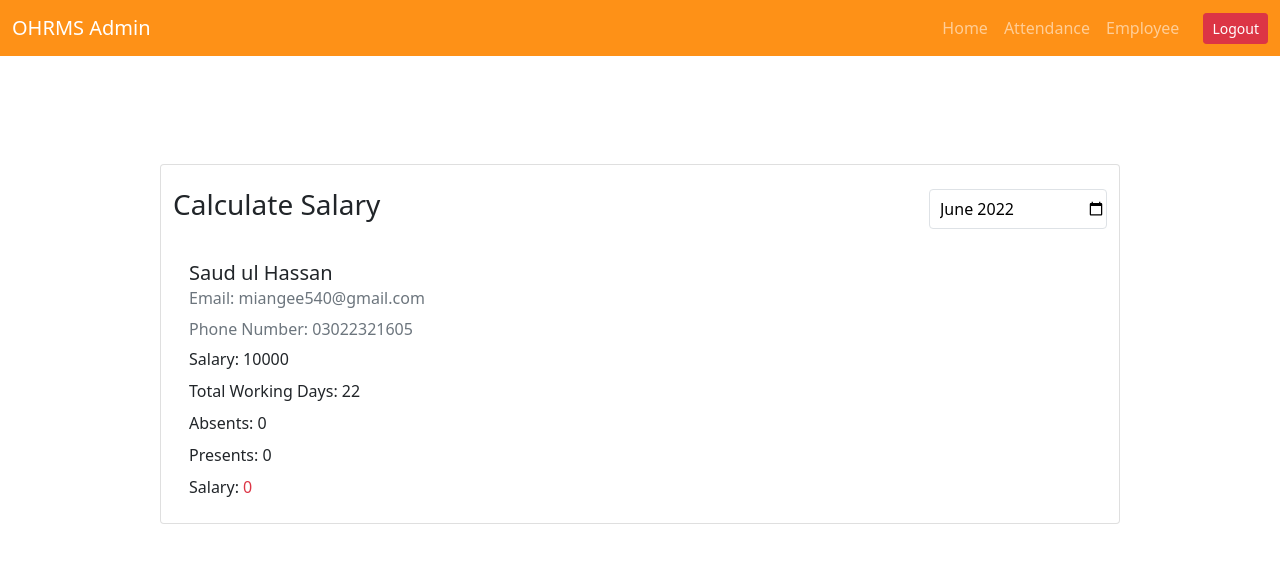
Repository: SaudCh/PHP-OHRMS
Page: http://localhost/admin/edit-salary?id=49
The author's editor kept a copy of each file at every save. The page is drawn from the files as they stood at one save, then again after the next save.
The browser window is 1280 px wide. The pictures show the whole page.
Some web libraries are served in a nearby version. The page is run by PHP 8.4 with error messages shown; the project is at /var/www/html/. The session is filled in as if someone had signed in: {"admin": "admin@ohrm.com"}. Other server files are loaded and not shown. The database holds what the project's SQL file puts in it. Queries for data that is not in the repository find no rows.

Above is the page before, as saved 2022-06-06 00:50:06.

### admin/edit-salary.php
<!DOCTYPE html>
<html lang="en">

<head>
    <meta charset="UTF-8">
    <meta http-equiv="X-UA-Compatible" content="IE=edge">
    <meta name="viewport" content="width=device-width, initial-scale=1.0">
    <?php require "../assets/includes/link.includes.php" ?>
    <script src="https://ajax.googleapis.com/ajax/libs/jquery/3.6.0/jquery.min.js"></script>


    <title>OHRMS</title>
</head>

<body>
    <?php require "./assets/Components/header.php" ?>
    <div class="container-fluid">
        <div class="row align-items-center justify-content-center" style="min-height: 80vh;">

            <div class="card col-11 col-md-9">
                <div class="d-flex align-items-center justify-content-between mt-2">

                    <h3>Calculate Salary</h3>
                    <div>
                        <input class="border rounded my-3" style="height:40px;padding-left:10px;" value="<?= Date("Y-m") ?>" type="month" name="date" id="attendance-date">

                    </div>

                </div>
                <?php
                $salary = 0;
                $id = $_GET['id'];
                $sql = "select * from employee where empId = '$id'";
                $results = mysqli_query($con, $sql);
                $rescheck = mysqli_num_rows($results);
                if ($rescheck > 0) {
                    while ($row = mysqli_fetch_assoc($results)) {
                        $salary = $row['salary'];
                ?>
                        <div class="card-body">
                            <h5 class="card-title"><?= $row["name"] ?></h5>
                            <h6 class="card-subtitle mb-3 text-muted">Email: <?= $row['emailAddress'] ?></h6>
                            <h6 class="card-subtitle mb-2 text-muted">Phone Number: <?= $row['phoneNumber'] ?></h6>
                            <p class="card-text p-0 m-0 mb-2">Salary: <?= $row['salary'] ?></p>


                    <?php }
                } ?>
                    <div id="attendance-data">
                        <?php
                        $absent = 0;
                        $present = 0;

                        $date = date('Y-m');

                        $time = strtotime($date);
                        $month = date("n", $time);
                        $year = date("Y", $time);

                        $type = CAL_GREGORIAN;
                        $day_count = cal_days_in_month($type, (int)$month, $year);

                        $workdays = 0;
                        for ($i = 1; $i <= $day_count; $i++) {

                            $date = $year . '/' . $month . '/' . $i;
                            $get_name = date('l', strtotime($date));
                            $day_name = substr($get_name, 0, 3);

                            if ($day_name != 'Sun' && $day_name != 'Sat') {
                                $workdays++;
                            }
                        }

                        $id = $_GET['id'];
                        $sql = "select * from attendance where empId = '$id' and date like '$date%'";
                        $results = mysqli_query($con, $sql);
                        $rescheck = mysqli_num_rows($results);
                        if ($rescheck > 0) {
                            while ($row = mysqli_fetch_assoc($results)) {
                                if ($row['status'] == 'Present') {
                                    $present++;
                                } else {
                                    $absent++;
                                }
                            }
                        }
                        ?>
                        <p class="card-text p-0 m-0 mb-2">Total Working Days: <?= $workdays ?></p>
                        <p class="card-text p-0 m-0 mb-2">Absents: <?= $absent ?></p>
                        <p class="card-text p-0 m-0 mb-2">Presents: <?= $present ?></p>

                        <?php
                        if ($present < $workdays - 3) {
                            $ratio = (int)$salary / $workdays;
                            echo '<p class="card-text p-0 m-0 mb-2">Salary: <span class="text-danger">' . round($present * $ratio) . '</span></p>';
                        } else {
                            echo '<p class="card-text p-0 m-0 mb-2">Salary: <span class="text-success">' . $salary  . '</span></p>';
                        }
                        ?>


                    </div>

                        </div>

            </div>
        </div>
    </div>
    <script>
        $(document).ready(function() {
            $("#attendance-date").change(function() {
                var search = $(this).val();
                var id = <?= $id ?>;
                var salary = <?= $salary ?>;
                $.ajax({
                    url: 'salary-attendance.php',
                    method: 'post',
                    data: {
                        query: search,
                        id: id,
                        salary: salary
                    },
                    success: function(response) {
                        $("#attendance-data").html(response);
                    }
                });
            });
        });
    </script>
</body>

</html>

### assets/includes/link.includes.php
<link href="https://cdn.jsdelivr.net/npm/bootstrap@5.0.2/dist/css/bootstrap.min.css" rel="stylesheet" integrity="sha384-EVSTQN3/azprG1Anm3QDgpJLIm9Nao0Yz1ztcQTwFspd3yD65VohhpuuCOmLASjC" crossorigin="anonymous">
<script src="https://cdn.jsdelivr.net/npm/bootstrap@5.0.2/dist/js/bootstrap.bundle.min.js" integrity="sha384-MrcW6ZMFYlzcLA8Nl+NtUVF0sA7MsXsP1UyJoMp4YLEuNSfAP+JcXn/tWtIaxVXM" crossorigin="anonymous"></script>
<script src="https://cdn.jsdelivr.net/npm/@popperjs/core@2.9.2/dist/umd/popper.min.js" integrity="sha384-IQsoLXl5PILFhosVNubq5LC7Qb9DXgDA9i+tQ8Zj3iwWAwPtgFTxbJ8NT4GN1R8p" crossorigin="anonymous"></script>
<script src="https://cdn.jsdelivr.net/npm/bootstrap@5.0.2/dist/js/bootstrap.min.js" integrity="sha384-cVKIPhGWiC2Al4u+LWgxfKTRIcfu0JTxR+EQDz/bgldoEyl4H0zUF0QKbrJ0EcQF" crossorigin="anonymous"></script>

<script src="https://kit.fontawesome.com/5d60ba127b.js" crossorigin="anonymous"></script>

<link rel="stylesheet" href="./assets/css/style.css" type="text/css">
<link rel="stylesheet" href="./assets/css/footer.css" type="text/css">
<style>
    .link {
        text-decoration: none;
    }
</style>

### admin/assets/Components/header.php
<?php
session_start();
$email = '';

include '../assets/config/dbconfig.php';

if (isset($_SESSION['admin'])) {
    $email = $_SESSION['admin'];
} else {
    header("location: login");
}
?>
<nav class="navbar navbar-expand-lg navbar-dark" style="background-color: #fe9117;">
    <div class="container-fluid">
        <a class="navbar-brand" href="index">OHRMS Admin</a>
        <button class="navbar-toggler" type="button" data-bs-toggle="collapse" data-bs-target="#navbarSupportedContent" aria-controls="navbarSupportedContent" aria-expanded="false" aria-label="Toggle navigation">
            <span class="navbar-toggler-icon"></span>
        </button>
        <div class="collapse navbar-collapse" id="navbarSupportedContent">
            <ul class="navbar-nav ms-auto me-3 mb-2 mb-lg-0">
                <li class="nav-item">
                    <a class="nav-link" aria-current="page" href="index">Home</a>
                </li>
                <li class="nav-item">
                    <a class="nav-link" href="attendance">Attendance</a>
                </li>
                <li class="nav-item">
                    <a class="nav-link" href="employee">Employee</a>
                </li>
            </ul>
            <?php

            if (isset($_SESSION['admin'])) {
                echo '<a href="./assets/includes/admin-logout.includes.php" class="btn btn-sm btn-danger">Logout</a>';
            } else {
                echo '<a href="login" class="btn btn-sm btn-success">Login/Register</a>';
            }
            ?>

        </div>
    </div>
</nav>

### assets/config/dbconfig.php
<?php
// Database configuration
$dbHost     = "localhost";
$dbUsername = "root";
$dbPassword = "";
$dbName     = "ohrms";

// $dbHost     = "sql102.epizy.com";
// $dbUsername = "epiz_31455211";
// $dbPassword = "Kr3NNcrNvT9Mx4";
// $dbName     = "epiz_31455211_ohrms";

// Create database connection
$db = new mysqli($dbHost, $dbUsername, $dbPassword, $dbName);
$con=mysqli_connect($dbHost, $dbUsername, $dbPassword,$dbName);

// Check connection
if ($db->connect_error) {
    die("Connection failed: " . $db->connect_error);
}

### assets/css/footer.css
.back-to-top {
  cursor: pointer;
  position: fixed;
  bottom: 30px;
  right: 20px;
  display: none;
  z-index: 10;
}

.footer {
  background-color: #fe9126;
  display: flex;
  color: white;
  z-index: 2;
}

.footer a {
  color: white;
  text-decoration: none;
  font-weight: 500;
}

.footer-links ul {
  text-align: left;
}

.footer-links li {
  list-style: none;
}

.copyright {
  color: white;
  background-color: #fe9126;
}

### sql/ohrms.sql (the tables this page reads)
CREATE TABLE `employee` (
  `empId` int(11) NOT NULL,
  `name` char(50) NOT NULL,
  `phoneNumber` varchar(15) NOT NULL,
  `department` char(10) NOT NULL,
  `emailAddress` varchar(50) NOT NULL,
  `password` varchar(255) NOT NULL,
  `address` varchar(100) NOT NULL,
  `gender` char(10) NOT NULL,
  `salary` int(10) NOT NULL DEFAULT 10000,
  `token` varchar(255) NOT NULL,
  `empStatus` int(1) NOT NULL DEFAULT 0,
  `created` datetime NOT NULL DEFAULT current_timestamp(),
  `tempMail` varchar(20) NOT NULL
) ENGINE=InnoDB DEFAULT CHARSET=utf8mb4;

INSERT INTO `employee` (`empId`, `name`, `phoneNumber`, `department`, `emailAddress`, `password`, `address`, `gender`, `salary`, `token`, `empStatus`, `created`, `tempMail`) VALUES
(49, 'Saud ul Hassan', '03022321605', 'IT', 'miangee540@gmail.com', '$2y$10$tnkPhTnqi.jBUQkl8uiTEePtk4Auc3IYuPundD76d2H41YGcwugUW', '123 B Comsats\r\n123', 'male', 10000, '1bb7c8eb79b1d6be961371dabf6745', 1, '2022-06-13 18:56:53', 'miangee540@gmail.com'),
(51, 'Cedric Sampson', '+16473759896', 'Finance', 'saudchaudhary0@gmail', '$2y$10$8lcl4ARF2QZ6ryeaVm7qlOr02QNJMQFGSRC1rsK8to0F42cu8QcHu', 'Mollitia et et deser', 'female', 21000, '6e4e9ff9110491b8cb7f122b012c2c', 0, '2022-06-13 19:32:44', 'saudchaudhary0@gmail');

ALTER TABLE `employee`
  ADD PRIMARY KEY (`empId`);

ALTER TABLE `employee`
  MODIFY `empId` int(11) NOT NULL AUTO_INCREMENT, AUTO_INCREMENT=52;

Loaded but not shown: assets/css/style.css (common file)

After the next save:
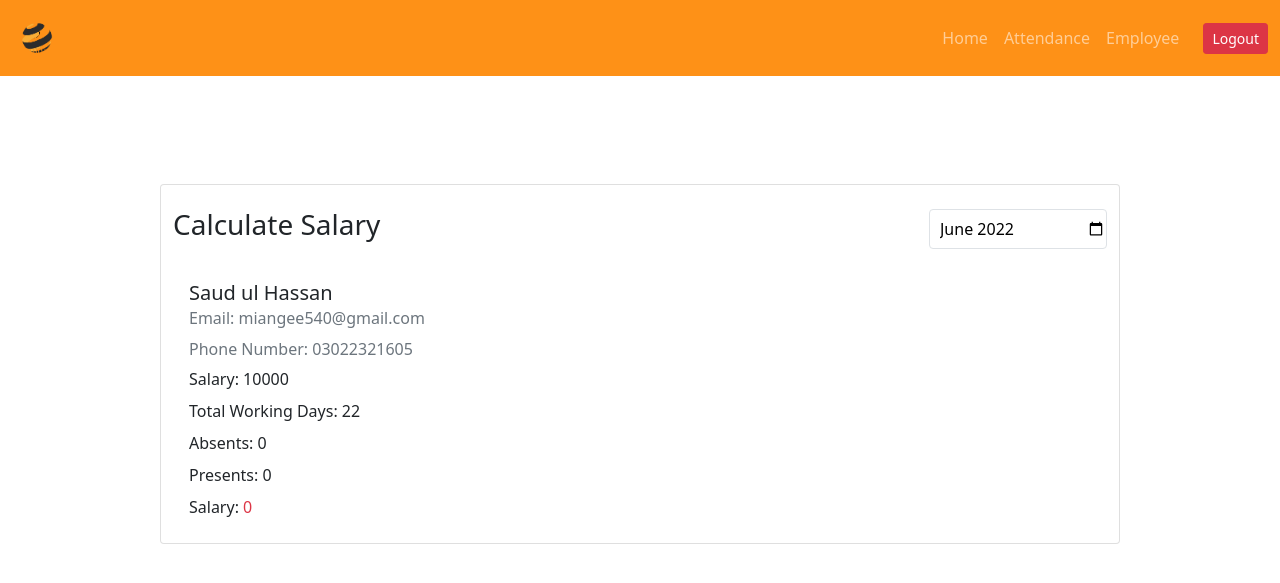
Saved 34 s later.
--- a/admin/assets/Components/header.php
+++ b/admin/assets/Components/header.php
@@ -12,7 +12,9 @@ if (isset($_SESSION['admin'])) {
 ?>
 <nav class="navbar navbar-expand-lg navbar-dark" style="background-color: #fe9117;">
     <div class="container-fluid">
-        <a class="navbar-brand" href="index">OHRMS Admin</a>
+        <a class="navbar-brand" href="index">
+            <img src="../assets/images/logo.png" alt="logo" style="height: 50px;">
+        </a>
         <button class="navbar-toggler" type="button" data-bs-toggle="collapse" data-bs-target="#navbarSupportedContent" aria-controls="navbarSupportedContent" aria-expanded="false" aria-label="Toggle navigation">
             <span class="navbar-toggler-icon"></span>
         </button>
